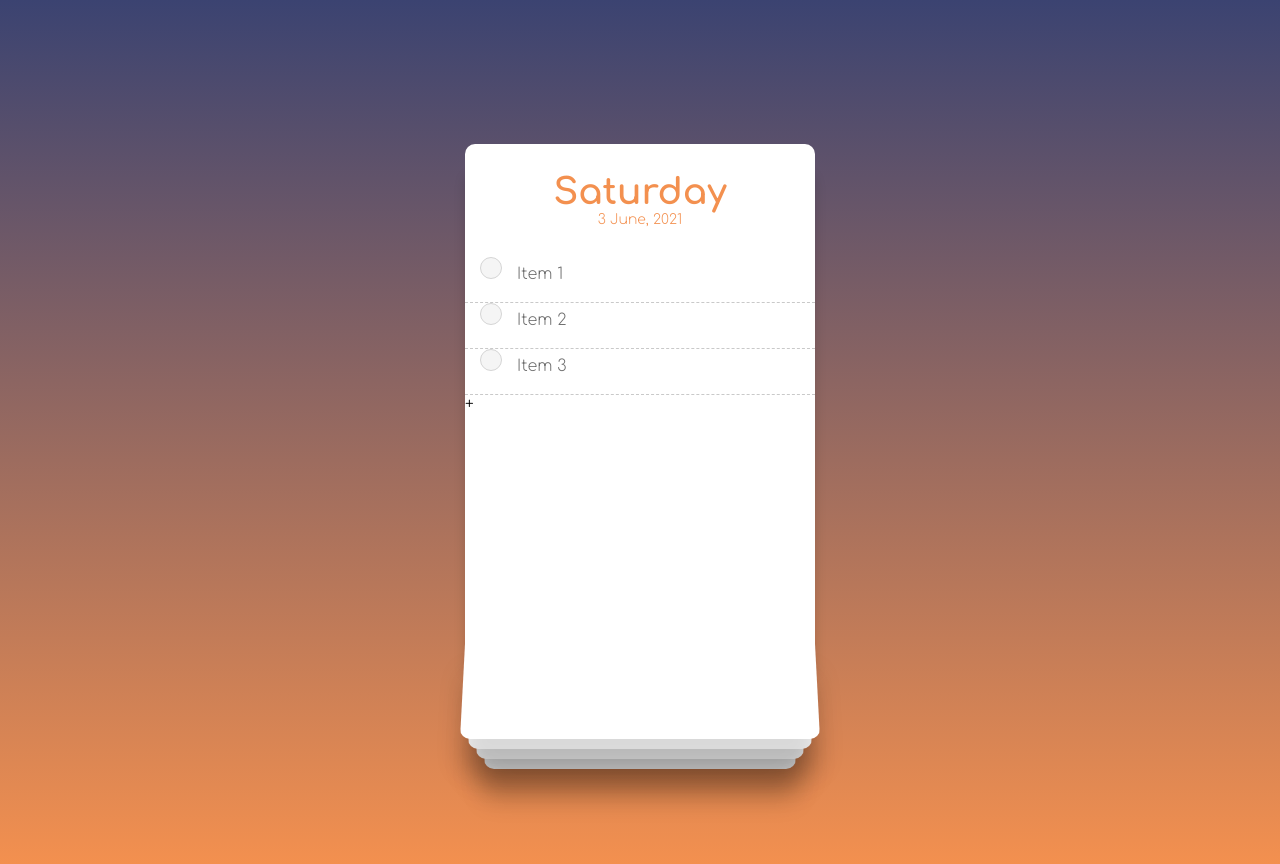
Repository: Colo-Codes/mini-projects
Page: todo-app/index.html
An editor plug-in stored every save of this project. The page is shown before and after the next save, followed by the edit.
The browser window is 1280 px wide. The pictures show the whole page.

Above is the page before, as saved 2021-07-04 12:12:05.

### todo-app/index.html
<!DOCTYPE html>
<html lang="en">
    <head>
        <meta charset="UTF-8" />
        <meta http-equiv="X-UA-Compatible" content="IE=edge" />
        <meta name="viewport" content="width=device-width, initial-scale=1.0" />
        <link rel="stylesheet" href="./css/index.css" />
        <title>Mini-Project - ToDo app</title>
    </head>
    <body>
        <div class="changing-background">
            <main class="todo">
                <section id="todo--header">
                    <header>Saturday</header>
                    <p>3 June, 2021</p>
                </section>
                <section id="todo--tasks-list">
                    <ul>
                        <li class="todo--tasks-list--item">
                            <span
                                class="todo--tasks-list--item--checkbox"
                            ></span
                            >Item 1
                        </li>
                        <li class="todo--tasks-list--item">
                            <span
                                class="todo--tasks-list--item--checkbox"
                            ></span
                            >Item 2
                        </li>
                        <li class="todo--tasks-list--item">
                            <span
                                class="todo--tasks-list--item--checkbox"
                            ></span
                            >Item 3
                        </li>
                    </ul>
                </section>
                <section id="todo--footer">
                    <p>+</p>
                </section>
            </main>
            <div id="sheet-1-3d"></div>
            <div id="sheet-2-3d"></div>
            <div id="sheet-3-3d"></div>
            <div id="sheet-4-3d"></div>
        </div>
    </body>
</html>

### todo-app/css/index.css
@import url('https://fonts.googleapis.com/css2?family=Comfortaa:wght@300;700&display=swap');

/* SECTION Initial reset */

html {
    box-sizing: border-box;
    font-size: 16px;
}

*,
*:before,
*:after {
    box-sizing: inherit;
    margin: 0;
    padding: 0;
    /*outline: 1px dashed blue; /* Debugging purposes */
}

/* SECTION Background */

body {
    font-family: 'Comfortaa', cursive;
    background: #f3904f; /* fallback for old browsers */
    background: -webkit-linear-gradient(
        to bottom,
        #3b4371,
        #f3904f
    ); /* Chrome 10-25, Safari 5.1-6 */
    background: linear-gradient(
        to bottom,
        #3b4371,
        #f3904f
    ); /* W3C, IE 10+/ Edge, Firefox 16+, Chrome 26+, Opera 12+, Safari 7+ */
    background-repeat: no-repeat;
    background-size: cover;
    height: 100vh;
}

/* SECTION ToDo container */

.todo {
    margin: auto;
    margin-top: 20vh;
    width: 350px;
    height: 500px;
    background-color: white;
    border-radius: 10px 10px 0 0;
    box-shadow: 0px 30px 12px rgba(0, 0, 0, 0.15);
}

/* ToDo shapes and shadows */

div [id^='sheet-'] {
    margin: auto;
    border-radius: 0 0 10px 10px;
    -webkit-filter: drop-shadow(0px 30px 12px rgba(0, 0, 0, 0.15));
    filter: drop-shadow(0px 30px 12px rgba(0, 0, 0, 0.15));
    -ms-filter: "progid:DXImageTransform.Microsoft.Dropshadow(OffX=0, OffY=30, Color='#444')";
    filter: "progid:DXImageTransform.Microsoft.Dropshadow(OffX=0, OffY=30, Color='#444')";
    /* trapezoidal shape */
    border-bottom: 95px solid white;
    border-left: 5px solid transparent;
    border-right: 5px solid transparent;
}
#sheet-1-3d {
    width: 360px;
    height: 95px;
    margin: auto;
    border-radius: 0 0 10px 10px;
    position: relative;
    z-index: 1;
}
#sheet-2-3d {
    width: 344px;
    height: 95px;
    margin: auto;
    margin-top: -85px;
    border-radius: 0 0 10px 10px;
    position: relative;
    z-index: -1;
}
#sheet-3-3d {
    width: 328px;
    height: 95px;
    margin: auto;
    margin-top: -85px;
    border-radius: 0 0 10px 10px;
    position: relative;
    z-index: -2;
}
#sheet-4-3d {
    width: 312px;
    height: 95px;
    margin: auto;
    margin-top: -85px;
    border-radius: 0 0 10px 10px;
    position: relative;
    z-index: -3;
}

/* SECTION ToDo header */

#todo--header header {
    padding-top: 1.75rem;
    font-size: 2.25rem;
    font-weight: 700;
    text-align: center;
    color: #f3904f;
}

#todo--header p {
    font-size: 0.875rem;
    text-align: center;
    color: #f3904f;
}

/* SECTION ToDo list of tasks */

#todo--tasks-list {
    margin-top: 1.875rem;
}

.todo--tasks-list--item {
    font-size: 1rem;
    color: #6d6d6d;
    height: 46px;
    border-bottom: 1px dashed #c9c9c9;
    margin: auto 0;
    list-style: none;
    /* padding-top: 15px; */
}

.todo--tasks-list--item--checkbox {
    display: inline-block;
    width: 22px;
    height: 22px;
    background-color: #f5f5f5;
    border: 1px solid #d5d5d5;
    border-radius: 50%;
    margin: auto 15px auto 15px;
}

After the next save:
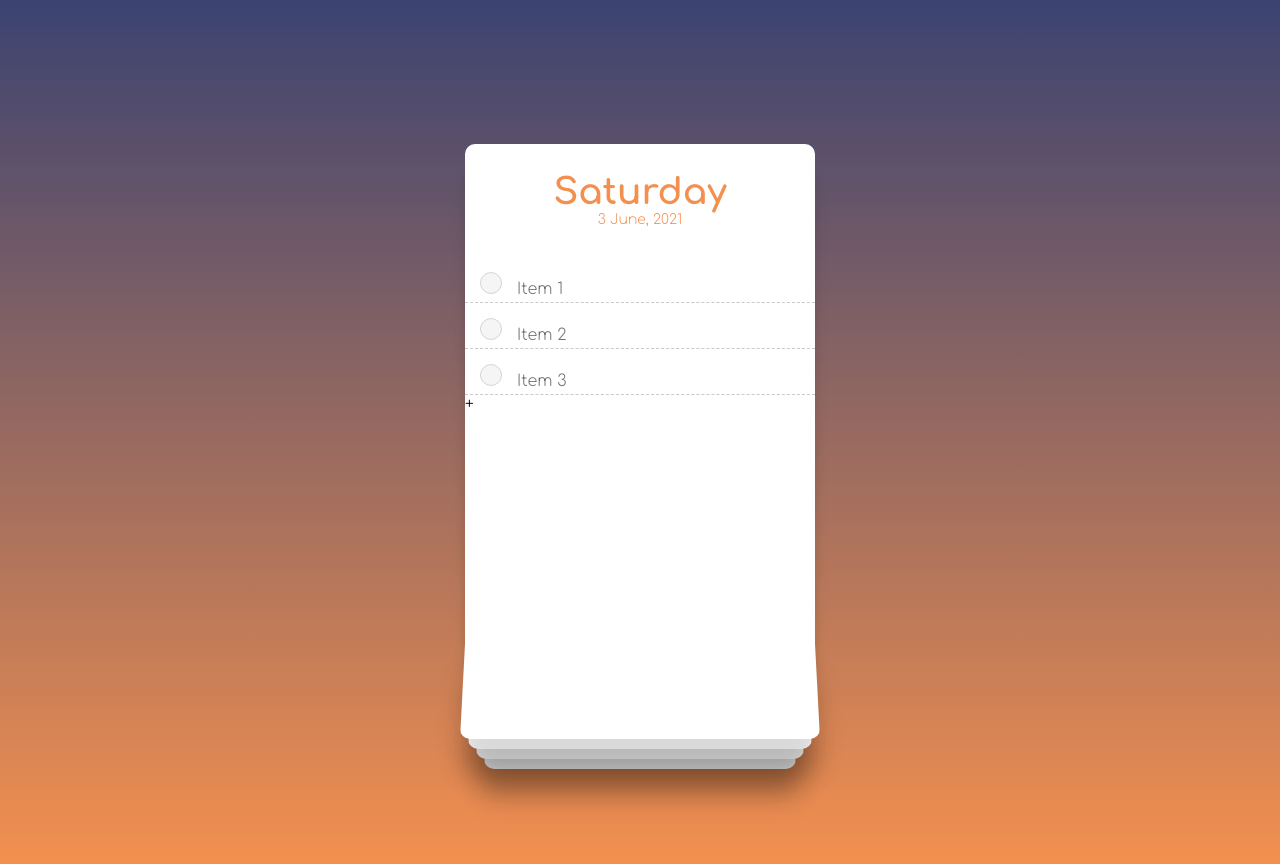
Saved 12 s later.
--- a/todo-app/css/index.css
+++ b/todo-app/css/index.css
@@ -127,7 +127,7 @@ div [id^='sheet-'] {
     border-bottom: 1px dashed #c9c9c9;
     margin: auto 0;
     list-style: none;
-    /* padding-top: 15px; */
+    padding-top: 15px;
 }
 
 .todo--tasks-list--item--checkbox {
@@ -138,4 +138,5 @@ div [id^='sheet-'] {
     border: 1px solid #d5d5d5;
     border-radius: 50%;
     margin: auto 15px auto 15px;
+    padding-top: 15px;
 }
